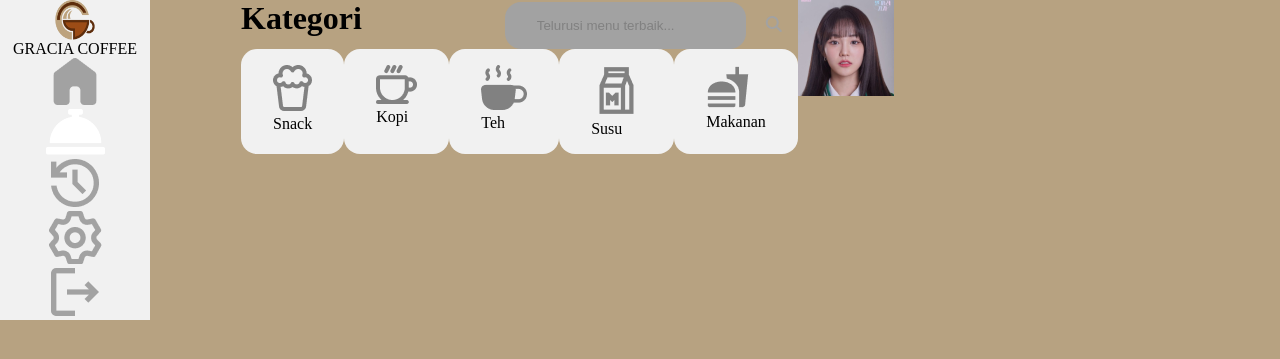
Repository: DanielChuaaa/sbd2
Page: index.html
The author's editor kept a copy of each file at every save. The page is drawn from the files as they stood at one save, then again after the next save.
The browser window is 1280 px wide. The pictures show the whole page.
Some web libraries are served in a nearby version.

Above is the page before, as saved 2023-10-20 10:49:46.

### index.html
<!DOCTYPE html>
<html lang="en">
<head>
    <meta charset="UTF-8">
    <meta name="viewport" content="width=device-width, initial-scale=1.0">
    <title>Document</title>
    <link href="https://fonts.googleapis.com/css2?family=Roboto+Mono:wght@400;600;700&display=swap" rel="stylesheet" />
    <link
      rel="stylesheet"
      href="https://cdnjs.cloudflare.com/ajax/libs/font-awesome/6.1.2/css/all.min.css"
      integrity="sha512-1sCRPdkRXhBV2PBLUdRb4tMg1w2YPf37qatUFeS7zlBy7jJI8Lf4VHwWfZZfpXtYSLy85pkm9GaYVYMfw5BC1A=="
      crossorigin="anonymous"
      referrerpolicy="no-referrer"
    />
    <link rel="stylesheet" href="style.css">
</head>
<body>
    <div class="container">
        <div class="grid-wrapper">
            <div class="icon">
                <img src="/assets/logo projek SBD 1.png" width="40px" height="40px" alt="logo">
                <p>GRACIA COFFEE</p>
                <a href="#"><img src="./assets/home.png" alt="home"></a>
                <a href="#"><img src="./assets/menu.png" alt="menu"></a>
                <a href="#"><img src="./assets/history.png" alt="history"></a>
                <a href="#"><img src="./assets/setting.png" alt="setting"></a>

                <a href="#"><img src="./assets/logout.png" alt="logout"></a>
            </div>

            <div class="content">
                <div class="nav">
                    <h1>Kategori</h1>
                    <div class="inputWrapper">
                        <input type="text" name="text" id="text" class="input" placeholder="Telurusi menu terbaik...">
                        <i class="fa-solid fa-magnifying-glass"></i>
                    </div>
                </div>

                <div class="menu">
                    <div class="iconMenu"><a href="#"><img src="./assets/popcorn.png" alt="popcorn"></a>
                        <p>Snack</p>
                    </div>
                    <div class="iconMenu"><a href="#"><img src="./assets/kopi.png" alt="kopi"></a>
                        <p>Kopi</p>
                    </div>
                    <div class="iconMenu"><a href="#"><img src="./assets/teh.png" alt="teh"></a>
                        <p>Teh</p>
                    </div>
                    <div class="iconMenu"><a href="#"><img src="./assets/susu.png" alt="susu"></a>
                        <p>Susu</p>
                    </div>
                    <div class="iconMenu"><a href="#"><img src="./assets/makanan.png" alt="makanan"></a>
                        <p>Makanan</p>
                    </div>
                </div>
            </div>

            <div class="order">
                <img src="/assets/g_8___8_idola_cantik_berbakat_alumni_sm_entertainment_yang_sudah_debut_di_girlgroup_agensi_lain_p_eks_sm_trainee-20220408-001-non_fotografer_kly 1.png" alt="">
            </div>
        </div>
    </div>
</body>
</html>

### style.css
:root{
    --clr-primary-100: #B7A281;

    --clr-neutral-100: #818181;
    --clr-neutral-200: #A2A2A2;
    --clr-neutral-300: #D9D9D9;
    --clr-neutral-400: #F8F8F8;
    --clr-neutral-500:  #f1f1f1;

    --ff: "Roboto Mono", monospace;

    --fw-regular: 400;
    --fw-semi-bold: 600;
    --fw-bold: 700;
}

*{
    box-sizing: border-box;
    margin: 0;
    padding: 0;
}

body{
    background-color: #B7A281;
}

.grid-wrapper{
    display: grid;
    grid-template-columns: 0.5fr auto 1fr;
}

.icon{
    background: var(--clr-neutral-500);

    display: flex;
    flex-direction: column;

    align-items: center;
    max-width: 150px;
}

.fa-solid{
    color: var(--clr-neutral-200);
    padding: 1rem;
}


/* content */

.nav{
    display: flex;
    justify-content: space-between;
}

.input{
    background: var(--clr-neutral-200);

    border: none;
    padding: 1rem 2rem;
    border-radius: 1rem;

}

::placeholder{
    color: var(--clr-neutral-100);
}

.menu{
    display: flex;

}

.iconMenu{
    background: var(--clr-neutral-500);

    padding: 1rem 2rem;
    border-radius: 1rem;
}

After the next save:
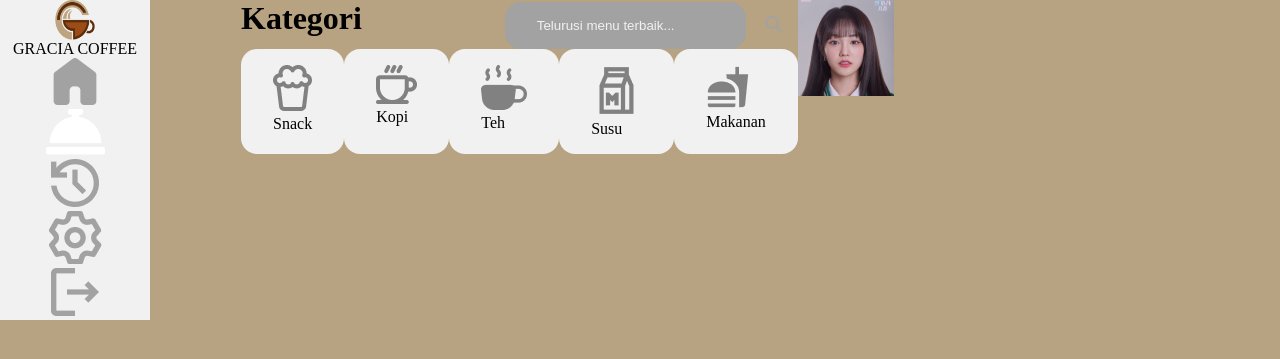
Saved 8 s later.
--- a/style.css
+++ b/style.css
@@ -62,7 +62,7 @@ body{
 }
 
 ::placeholder{
-    color: var(--clr-neutral-100);
+    color: var(--clr-neutral-500);
 }
 
 .menu{
